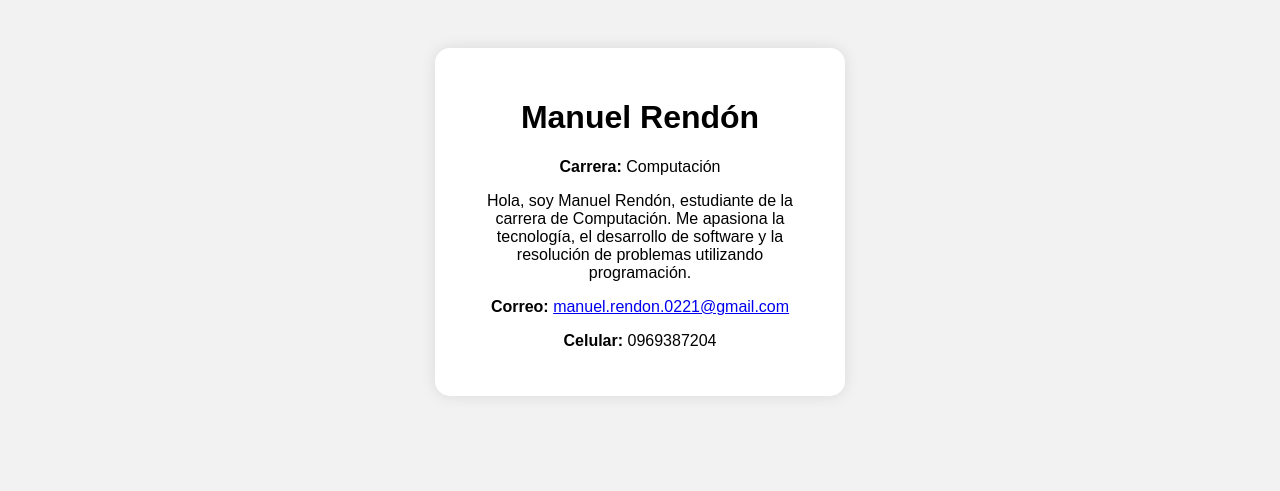
Repository: leyovelez0220-afk/proyecto-grupo-1
Page: vista.html
The author's editor kept a copy of each file at every save. The page is drawn from the files as they stood at one save, then again after the next save.
The browser window is 1280 px wide. The pictures show the whole page.

Above is the page before, as saved 2025-08-04 12:01:30.

### vista.html
<!DOCTYPE html>
<html lang="es">
<head>
  <meta charset="UTF-8">
  <title>Perfil de Manuel Rendón</title>
  <link rel="stylesheet" href="estilos.css">
</head>
<body>
  <div class="perfil">
    <h1>Manuel Rendón</h1>
    <p><strong>Carrera:</strong> Computación</p>
    <p>Hola, soy Manuel Rendón, estudiante de la carrera de Computación. Me apasiona la tecnología, el desarrollo de software y la resolución de problemas utilizando programación.</p>

    <div class="contacto">
      <p><strong>Correo:</strong> <a href="mailto:manuel.rendon.0221@gmail.com">manuel.rendon.0221@gmail.com</a></p>
      <p><strong>Celular:</strong> 0969387204</p>
    </div>
  </div>
</body>
</html>

### estilos.css
body {
  font-family: Arial, sans-serif;
  background-color: #f2f2f2;
  display: flex;
  justify-content: center;
  padding: 40px;
}

.perfil {
  background-color: #fff;
  padding: 30px;
  border-radius: 15px;
  box-shadow: 0 0 15px rgba(0,0,0,0.1);
  text-align: center;
  width: 350px;
}

.foto {
  border-radius: 50%;
  width: 150px;
  height: 150px;
}

.descripcion {
  font-size: 16px;
  color: #555;
  margin: 15px 0;
}

.info-contacto p {
  margin: 5px 0;
}

.redes-sociales a {
  display: inline-block;
  margin: 10px;
  text-decoration: none;
  color: #0077b5;
  font-weight: bold;
}

.redes-sociales a:hover {
  text-decoration: underline;
}

### estilo.css
body {
    font-family: Arial, sans-serif;
    background-color: #f0f4f8;
    margin: 0;
    padding: 0;
  }

  .perfil {
    max-width: 600px;
    margin: 50px auto;
    background-color: #ffffff;
    padding: 30px;
    border-radius: 12px;
    box-shadow: 0 4px 8px rgba(0,0,0,0.1);
  }

  h1 {
    color: #1e90ff;
    text-align: center;
  }

  p {
    font-size: 18px;
    color: #333333;
    line-height: 1.5;
  }

  .contacto {
    margin-top: 20px;
    padding-top: 15px;
    border-top: 1px solid #ddd;
  }

  .contacto p {
    font-size: 16px;
    color: #555555;
  }

  .contacto a {
    color: #1e90ff;
    text-decoration: none;
  }

  .contacto a:hover {
    text-decoration: underline;
  }

After the next save:
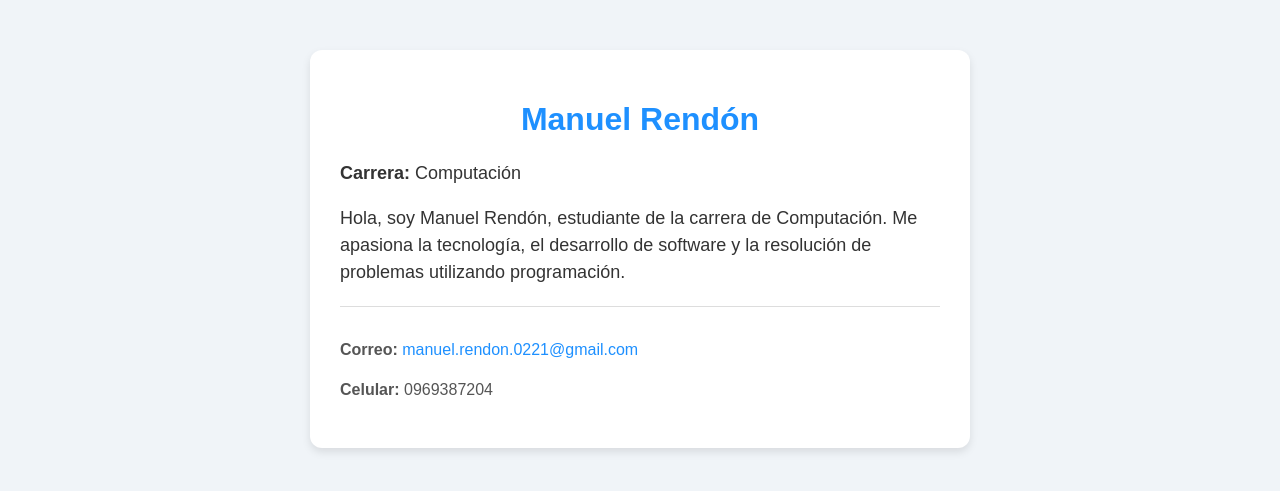
Saved 14 s later.
--- a/vista.html
+++ b/vista.html
@@ -3,7 +3,7 @@
 <head>
   <meta charset="UTF-8">
   <title>Perfil de Manuel Rendón</title>
-  <link rel="stylesheet" href="estilos.css">
+  <link rel="stylesheet" href="estilo.css">
 </head>
 <body>
   <div class="perfil">
